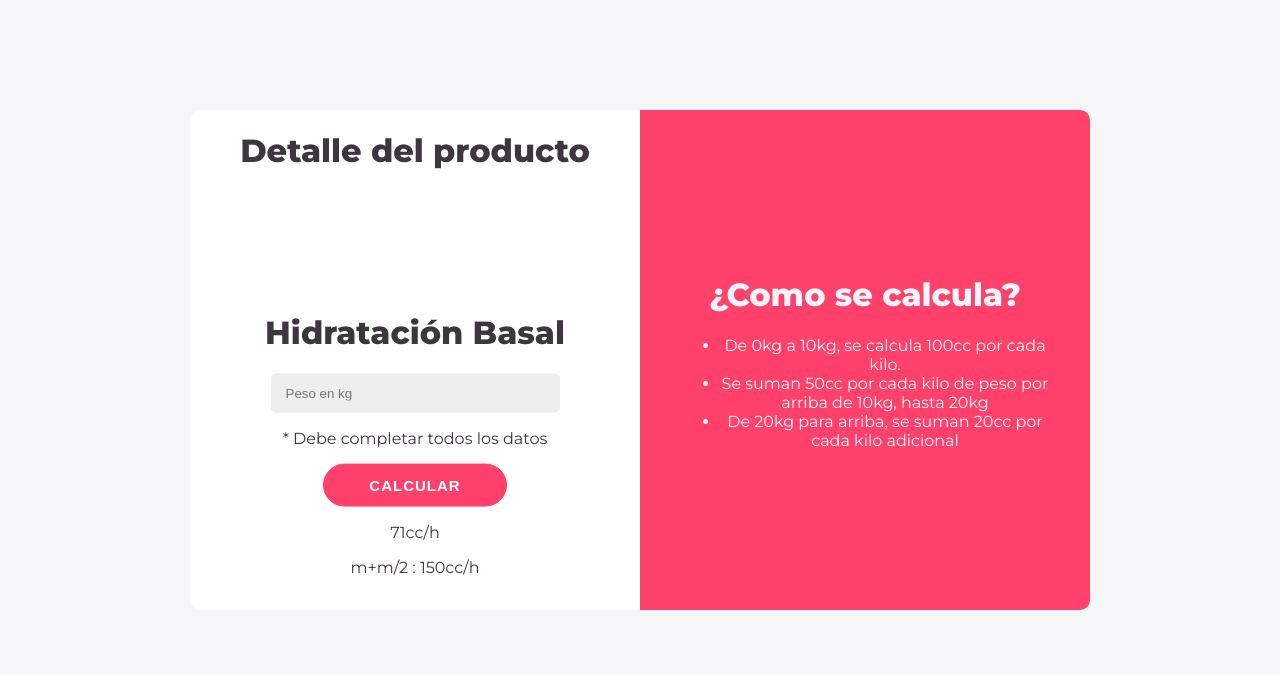
Repository: Fredy452/calculadora_basal
Page: index.html
These files come from the project's save history. The page is drawn as it stood at one moment and after the next save; the edit follows.
The browser window is 1280 px wide. The pictures show the whole page.

Above is the page before, as saved 2023-04-21 11:37:56.

After the next save:
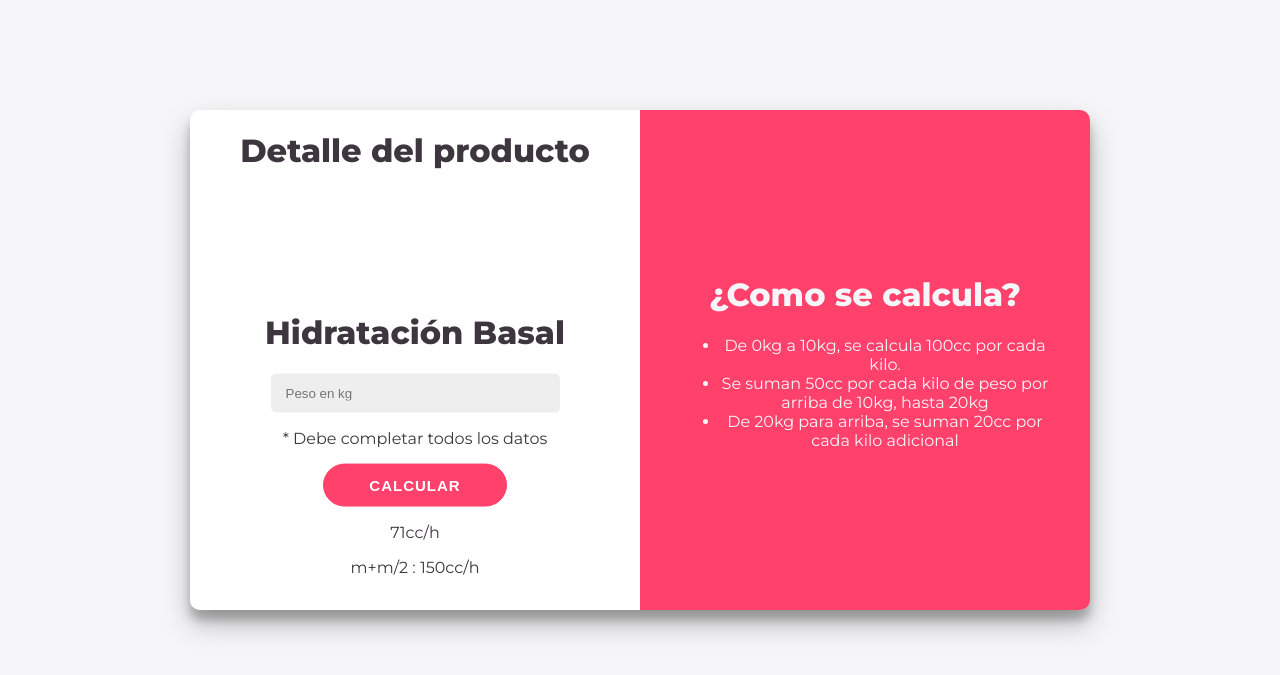
Saved 18 s later.
--- a/style.css
+++ b/style.css
@@ -14,6 +14,8 @@ body{
     margin: auto;
     border-radius: 10px;
     overflow: hidden;
+    box-shadow: 0 14px 28px rgba(0,0,0,0.25),
+    0 10px 10px rgba(0,0,0,0.22);
 }
 #calculadora{
     background: white;
